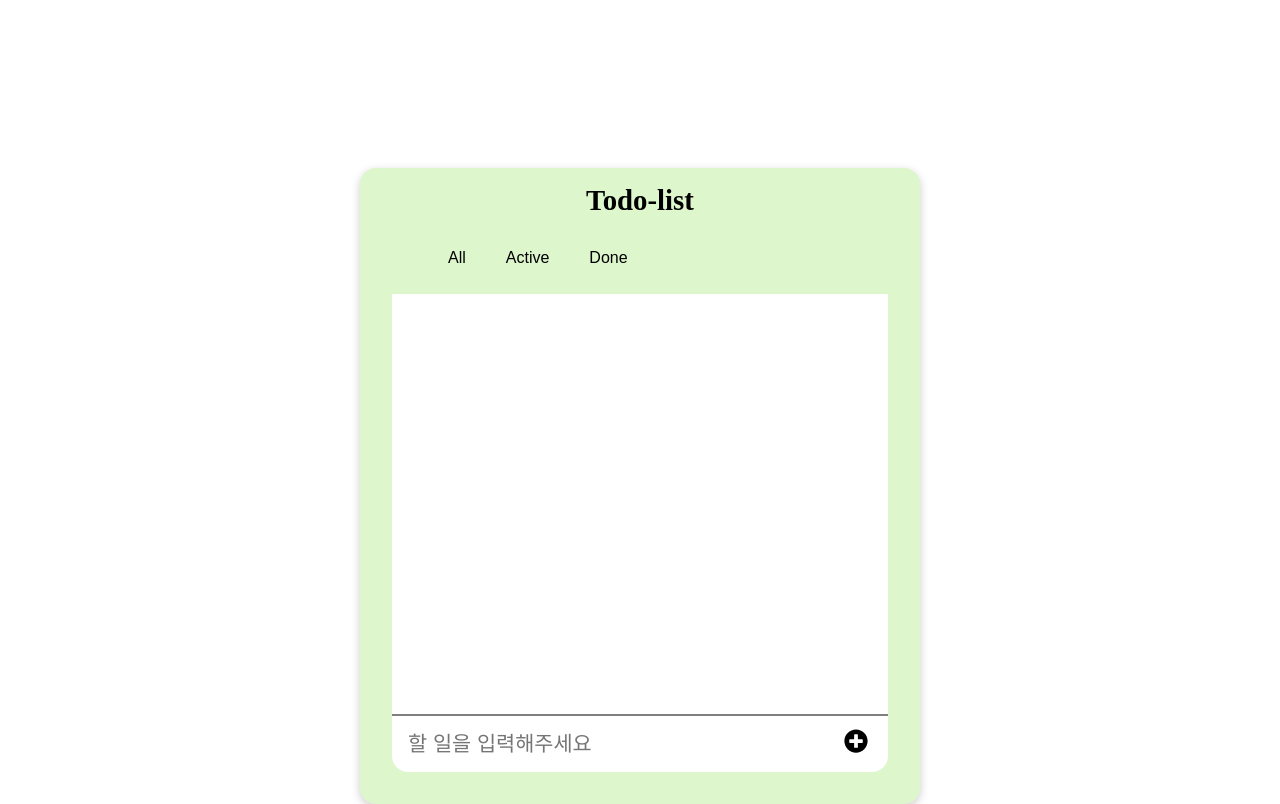
Repository: Yugayoung/todoList
Page: /
The author's editor kept a copy of each file at every save. The page is drawn from the files as they stood at one save, then again after the next save.
The browser window is 1280 px wide. The pictures show the whole page.
Some web fonts or font styles are not loaded; a fallback is used. The project was rebuilt for these pictures with package versions that can differ from the ones it lists, and the page was loaded fresh each time. Also part of the build but not shown: src/App.css, src/components/Todo.jsx.

Above is the page before, as saved 2024-03-26 18:17:51.

After the next save:
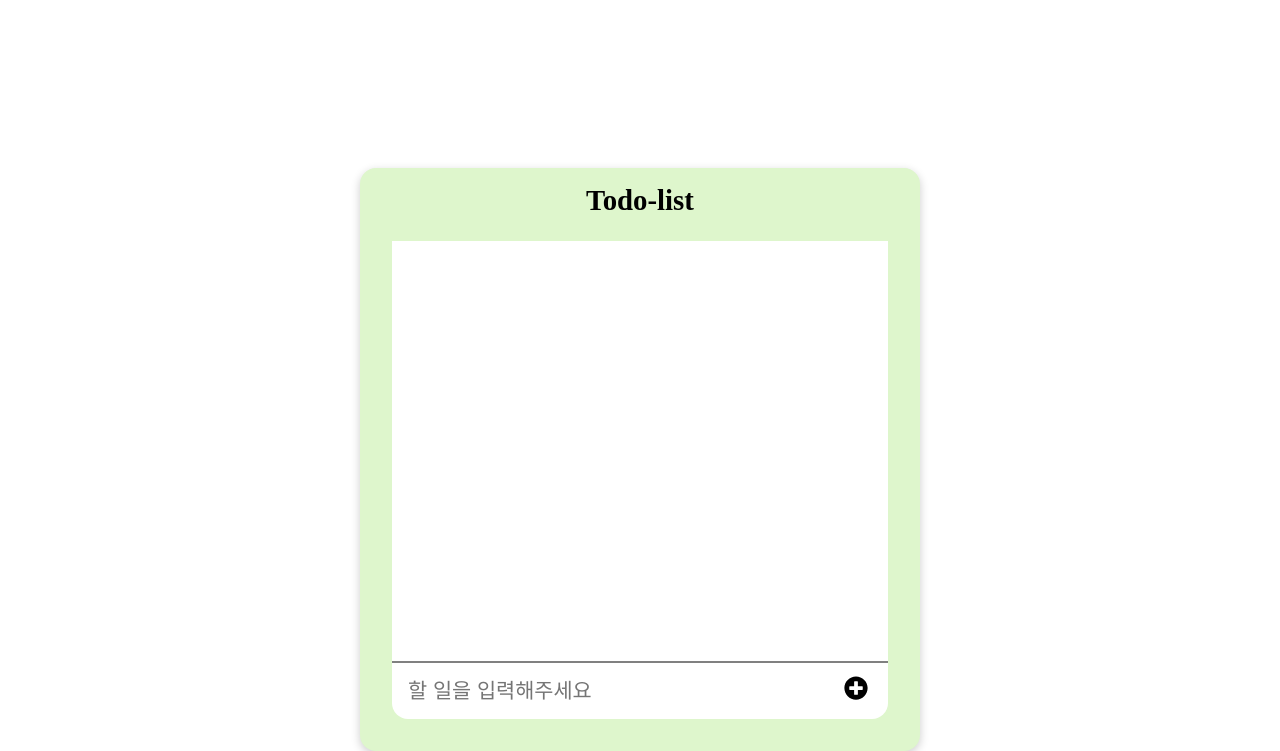
Saved 7 s later.
--- a/src/components/Header.jsx
+++ b/src/components/Header.jsx
@@ -34,9 +34,6 @@ export default function Header({ filters, filter, onFilterChange }) {
             <TapBtn>{value}</TapBtn>
           </li>;
         })}
-        <TapBtn>All</TapBtn>
-        <TapBtn>Active</TapBtn>
-        <TapBtn>Done</TapBtn>
       </ul>
     </header>
   );
